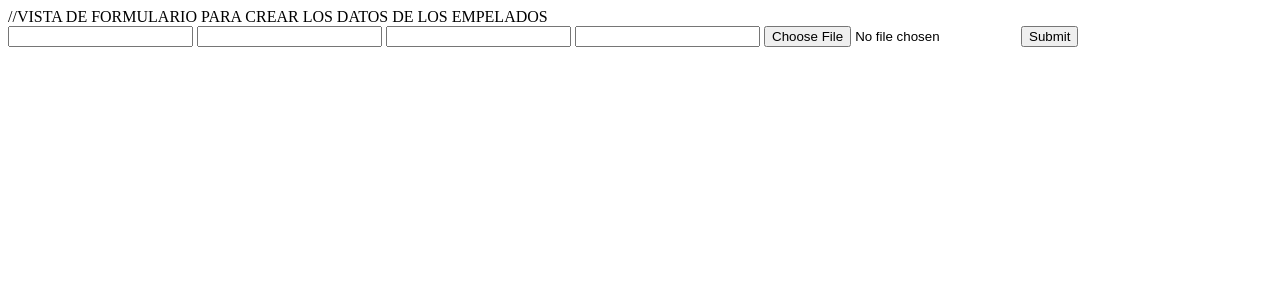
Repository: LionardoGomiz/CRUD-LARAVEL
Page: http://localhost/empleado/create
The author's editor kept a copy of each file at every save. The page is drawn from the files as they stood at one save, then again after the next save.
The browser window is 1280 px wide. The pictures show the whole page.
The page is served by the project's Laravel application, run on PHP 8.4 with Laravel 8.

Above is the page before, as saved 2021-08-02 14:43:49.

After the next save:
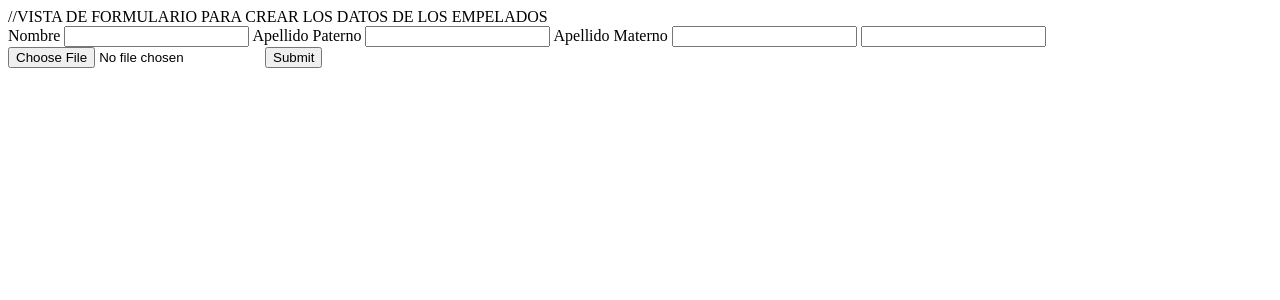
Saved 100 s later.
--- a/CRUD-Laravel/resources/views/empleado/create.blade.php
+++ b/CRUD-Laravel/resources/views/empleado/create.blade.php
@@ -1,10 +1,10 @@
 //VISTA DE FORMULARIO PARA CREAR LOS DATOS DE LOS EMPELADOS
 <form action="" method="POST" enctype="multipart/form-data">
-    <label for=""></label>
+    <label for="Nombre">Nombre</label>
 <input type="text" name="Nombre">
-    <label for=""></label>
+    <label for="ApellidoPaterno">Apellido Paterno</label>
 <input type="text" name="ApellidoPaterno">
-    <label for=""></label>
+    <label for="ApellidoMaterno">Apellido Materno</label>
 <input type="text" name="ApellidoMaterno">
     <label for=""></label>
 <input type="text" name="Correo">
